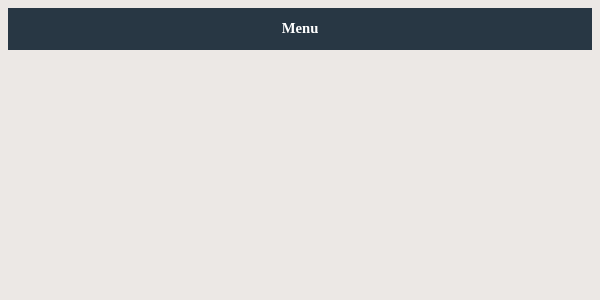
Repository: solankepl/demo-assignment
Page: menuResponsive.html
The author's editor kept a record of every edit. The page is drawn from the files as they stood at one moment, then again after the next edit.
The browser window is 600 px wide. The pictures show the whole page.
Some web libraries are served in a nearby version.

Above is the page before.

After the next edit:
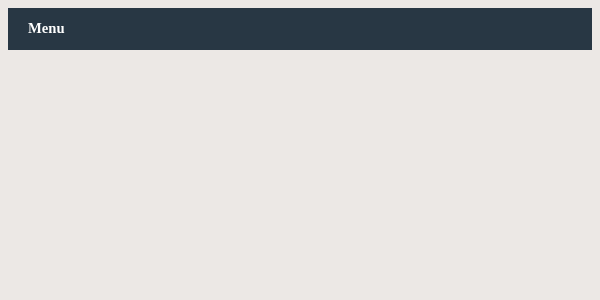
The edit:
--- a/style.css
+++ b/style.css
@@ -83,7 +83,13 @@
 		background-color: #283744;
 		width: 100%;
 		position: relative;
+		text-align:left;
 	}
+
+	nav a#pull span{
+		margin-left:20px;
+	}
+
 	nav a#pull:after {
 		/*background: url('nav-icon.png') no-repeat;*/
 		width: 30px;
